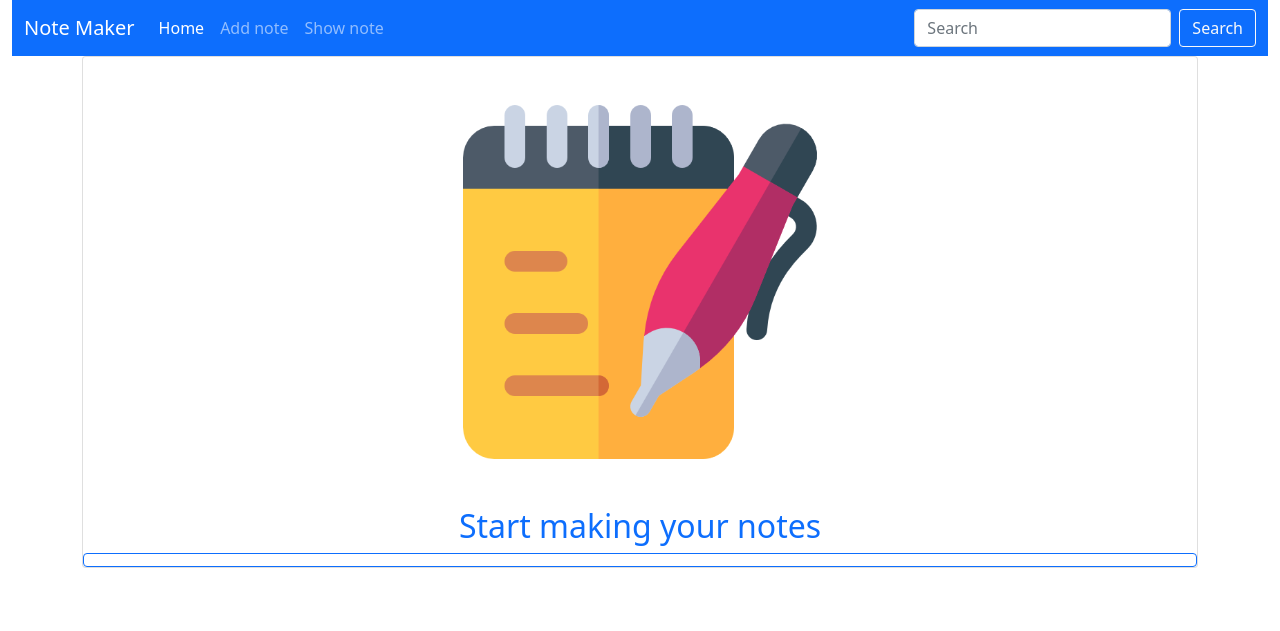
Repository: sachin1830/hibernateproject
Page: http://localhost/com.todolist/
The author's editor kept a copy of each file at every save. The page is drawn from the files as they stood at one save, then again after the next save.
The browser window is 1280 px wide. The pictures show the whole page.
Some web libraries are served in a nearby version. The page is served by Tomcat 9.

Above is the page before, as saved 2021-01-23 06:02:06.

After the next save:
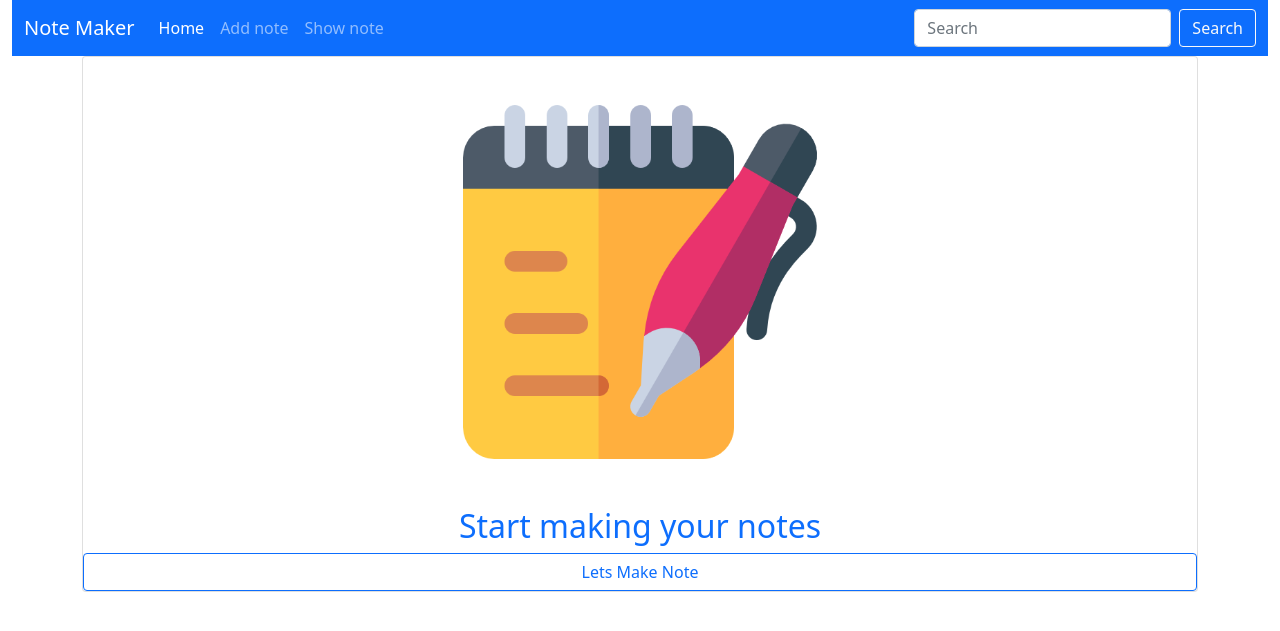
Saved 13 s later.
--- a/com.todolist/src/main/webapp/index.jsp
+++ b/com.todolist/src/main/webapp/index.jsp
@@ -18,7 +18,7 @@
   		<div class="card">
   			<img src="img/notes.png" alt="image not found" style="max-width:450px" class="img-fluid mx-auto p-5">
   			<h2 class="text-center text-primary">Start making your notes</h2>
-  			<a class="btn btn-outline-primary"></a>
+  			<a class="btn btn-outline-primary">Lets Make Note</a>
   		</div>
   	</div>
 
